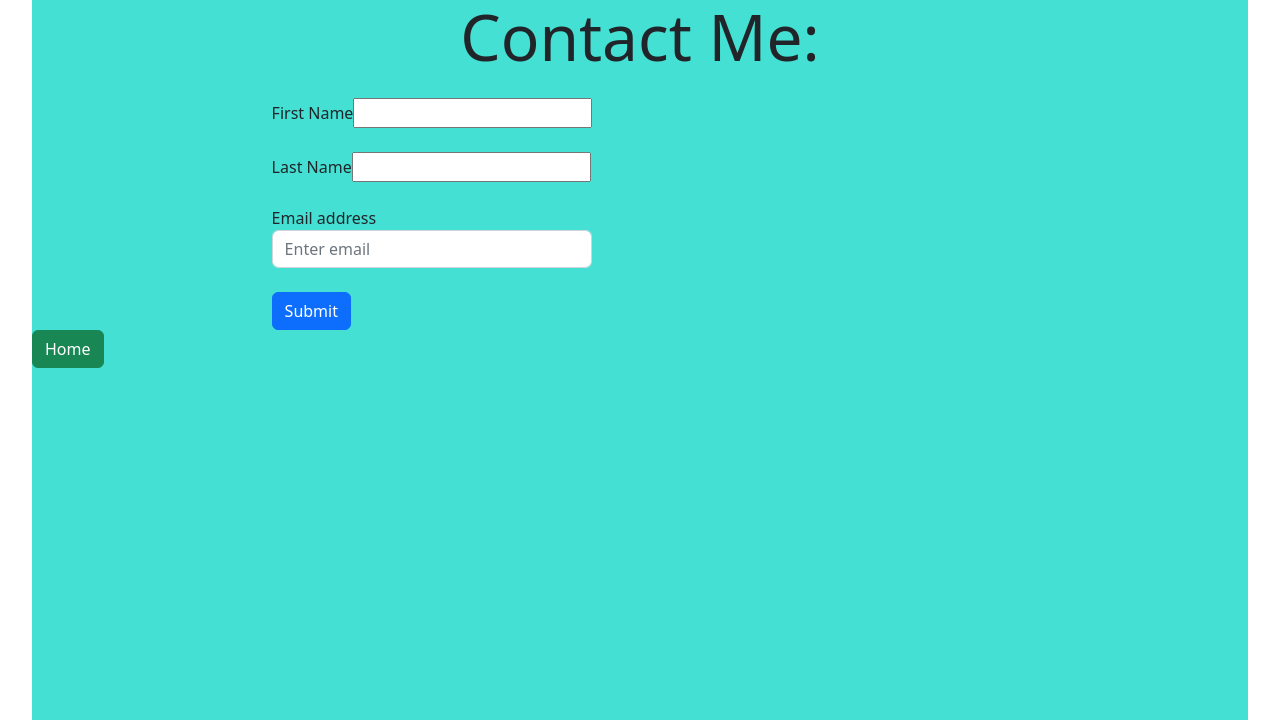
Repository: collegedude9300/zenstationnext
Page: /Contact
The author's editor kept a copy of each file at every save. The page is drawn from the files as they stood at one save, then again after the next save.
The browser window is 1280 px wide. The pictures show the whole page.
The project was rebuilt for these pictures with package versions that can differ from the ones it lists, and the page was loaded fresh each time. The framework's server and built-in components were replaced by stand-ins that run in the browser. Also part of the build but not shown: next.config.js.

Above is the page before, as saved 2023-04-12 13:30:38.

### pages/Contact.js

import Head from 'next/head'
import Image from 'next/image'
import styles from '../styles/Home.module.css'
import 'bootstrap/dist/css/bootstrap.css'
import Link from 'next/link'

export default function Contact() {
  const validateEmail = (email) => {
    const re = /^(([^<>()[\]\\.,;:\s@"]+(\.[^<>()[\]\\.,;:\s@"]+)*)|(".+"))@((\[[0-1]\d{1,2}\.[0-1]\d{1,2}\.[0-1]\d{1,2}\.[0-1]\d{1,2}\])|(([a-zA-Z\-0-9]+\.)+[a-zA-Z]{2,}))$/;
    return re.test(String(email).toLowerCase());
  }

  const validateFirstName = (firstName) => {
    const re = /^[a-zA-Z]+$/;
    return re.test(String(firstName).toLowerCase());
  }
  //check to see if your last name is valid
  const validateLastName = (lastName) => {
    const re = /^[a-zA-Z]+$/;
    return re.test(String(lastName).toLowerCase());
  }

//check to see if the email is valid
  const handleSubmit = (e) => {
    e.preventDefault();
    const email = document.getElementById("email").value;
    const firstName = document.getElementById("firstName").value;
    const lastName = document.getElementById("lastName").value;
    if (validateEmail(email) && validateFirstName(firstName) && validateLastName(lastName))
    {
      document.getElementById("email").value = "";
      document.getElementById("firstName").value = "";
      document.getElementById("lastName").value = "";
      alert("Form submitted successfully");
    }
    else if (!validateEmail(email)) {
      alert("Please enter a valid email address");
    }
    else if (!validateFirstName(firstName)) {
      alert("Please enter a valid first name");
    }
    else if (!validateLastName(lastName)) {
      alert("Please enter a valid last name");
    }
    else
    {
      alert("Form not submitted correctly, please fix your errors");
    }
  }
//check to see if the email is valid
  return (
    <div className={styles.container}>
      <Head>
        <title>Contact</title>
        <meta name="description" content="Generated by create next app" />
        <link rel="icon" href="/favicon.ico" />
      </Head>

      <main className={styles.pages}>
        <h1 className={styles.title}>
          Contact Me:
        </h1>
        <div className={styles.grid}>
            <form onSubmit={handleSubmit}>
            <br></br>
              <div className="form-group">
              <label htmlFor="firstName">First Name</label>
			<input type="text" name="firstName" id="firstName" placeholder=""/>
      <br></br>
      <br></br>
			<label htmlFor="lastName">Last Name</label>
			<input type="text" name="lastName" id="lastName" placeholder=""/>
      <br></br>
      <br></br>
                <label htmlFor="email">Email address</label>
                <input type="email" className="form-control" id="email" placeholder="Enter email"/>
                <br></br>
              </div>
              <button type="submit" className="btn btn-primary">Submit</button>
            </form>
        </div>
        <Link href="/">
        <a className="btn btn-success">Home</a>
        </Link>
      </main>
      </div>
  )}

### styles/Home.module.css
.container {
  padding: 0 2rem;
}
.pages{
  background-color: #43e0d3;
  min-height: 100vh;
}
.errorMessage {

  color: red;
  font-size: 20px ;

}
.quote {
  font-size: 35px;
  color: rgb(243, 14, 7);
}
.successMessage {

  color: green;
  font-size: 30px;
  display:none;
  margin-bottom:20px;
}

.main {
  min-height: 100vh;
  padding: 4rem 0;
  flex: 1;
  display: flex;
  flex-direction: column;
  justify-content: center;
  align-items: center;
}
.aboutBio {

  margin: 0;
  line-height: 1.15;
  font-size: 4rem;
  text-align: center;
}
.footer {
  display: flex;
  flex: 1;
  padding: 2rem 0;
  border-top: 1px solid #eaeaea;
  justify-content: center;
  align-items: center;
}

.footer a {
  display: flex;
  justify-content: center;
  align-items: center;
  flex-grow: 1;
}

.title a {
  color: #0070f3;
  text-decoration: none;
}

.title a:hover,
.title a:focus,
.title a:active {
  text-decoration: underline;
}

.title {
  margin: 0;
  line-height: 1.15;
  font-size: 4rem;
}

.title,
.description {
  text-align: center;
}

.description {
  margin: 4rem 0;
  line-height: 1.5;
  font-size: 1.5rem;
}

.code {
  background: #fafafa;
  border-radius: 5px;
  padding: 0.75rem;
  font-size: 1.1rem;
  font-family: Menlo, Monaco, Lucida Console, Liberation Mono, DejaVu Sans Mono,
    Bitstream Vera Sans Mono, Courier New, monospace;
}

.grid {
  display: flex;
  align-items: center;
  justify-content: center;
  flex-wrap: wrap;
  max-width: 800px;
}

.card {
  margin: 1rem;
  padding: 1.5rem;
  text-align: left;
  color: inherit;
  text-decoration: none;
  border: 1px solid #eaeaea;
  border-radius: 10px;
  transition: color 0.15s ease, border-color 0.15s ease;
  max-width: 300px;
}

.card:hover,
.card:focus,
.card:active {
  color: #0070f3;
  border-color: #0070f3;
}

.card h2 {
  margin: 0 0 1rem 0;
  font-size: 1.5rem;
}

.card p {
  margin: 0;
  font-size: 1.25rem;
  line-height: 1.5;
}

.logo {
  height: 1em;
  margin-left: 0.5rem;
}

@media (max-width: 600px) {
  .grid {
    width: 100%;
    flex-direction: column;
  }
}

@media (prefers-color-scheme: dark) {
  .card,
  .footer {
    border-color: #222;
  }
  .code {
    background: #111;
  }
  .logo img {
    filter: invert(1);
  }
}

Loaded but not shown: pages/_app.js (common file); styles/globals.css (common file)

After the next save:
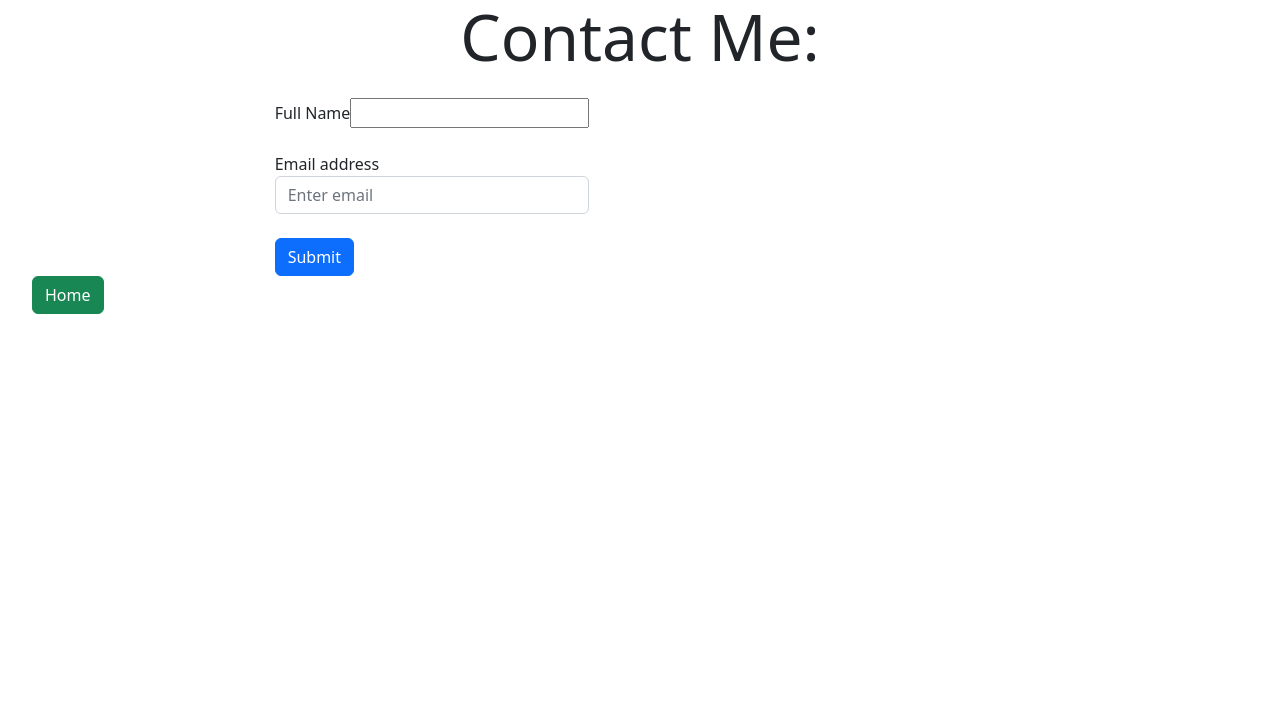
Saved 15 min 48 s later.
--- a/pages/Contact.js
+++ b/pages/Contact.js
@@ -1,47 +1,34 @@
-
 import Head from 'next/head'
 import Image from 'next/image'
 import styles from '../styles/Home.module.css'
 import 'bootstrap/dist/css/bootstrap.css'
-import Link from 'next/link'
-
-export default function Contact() {
+import Link from 'next/link';
+export default function Login() {
   const validateEmail = (email) => {
     const re = /^(([^<>()[\]\\.,;:\s@"]+(\.[^<>()[\]\\.,;:\s@"]+)*)|(".+"))@((\[[0-1]\d{1,2}\.[0-1]\d{1,2}\.[0-1]\d{1,2}\.[0-1]\d{1,2}\])|(([a-zA-Z\-0-9]+\.)+[a-zA-Z]{2,}))$/;
     return re.test(String(email).toLowerCase());
   }
-
-  const validateFirstName = (firstName) => {
-    const re = /^[a-zA-Z]+$/;
-    return re.test(String(firstName).toLowerCase());
+  const validateName = (name) => {
+    const re = /^[A-Z][a-z]+(\s|,)[A-Z][a-z]{1,19}$/;
+    return re.test(String(name));
   }
-  //check to see if your last name is valid
-  const validateLastName = (lastName) => {
-    const re = /^[a-zA-Z]+$/;
-    return re.test(String(lastName).toLowerCase());
-  }
-
 //check to see if the email is valid
   const handleSubmit = (e) => {
     e.preventDefault();
     const email = document.getElementById("email").value;
-    const firstName = document.getElementById("firstName").value;
-    const lastName = document.getElementById("lastName").value;
-    if (validateEmail(email) && validateFirstName(firstName) && validateLastName(lastName))
+    const name = document.getElementById("name").value;
+
+    if (validateEmail(email) && validateName(name))
     {
       document.getElementById("email").value = "";
-      document.getElementById("firstName").value = "";
-      document.getElementById("lastName").value = "";
+      document.getElementById("name").value = "";
       alert("Form submitted successfully");
     }
     else if (!validateEmail(email)) {
       alert("Please enter a valid email address");
     }
-    else if (!validateFirstName(firstName)) {
-      alert("Please enter a valid first name");
-    }
-    else if (!validateLastName(lastName)) {
-      alert("Please enter a valid last name");
+    else if (!validateName(name)) {
+      alert("Please enter a valid  name");
     }
     else
     {
@@ -54,10 +41,10 @@ export default function Contact() {
       <Head>
         <title>Contact</title>
         <meta name="description" content="Generated by create next app" />
-        <link rel="icon" href="/favicon.ico" />
+        <link rel="icon" href="/favicon.png" />
       </Head>
 
-      <main className={styles.pages}>
+      <main className={styles.login}>
         <h1 className={styles.title}>
           Contact Me:
         </h1>
@@ -65,12 +52,8 @@ export default function Contact() {
             <form onSubmit={handleSubmit}>
             <br></br>
               <div className="form-group">
-              <label htmlFor="firstName">First Name</label>
-			<input type="text" name="firstName" id="firstName" placeholder=""/>
-      <br></br>
-      <br></br>
-			<label htmlFor="lastName">Last Name</label>
-			<input type="text" name="lastName" id="lastName" placeholder=""/>
+              <label htmlFor="name">Full Name</label>
+			<input type="text" name="name" id="name" placeholder=""/>
       <br></br>
       <br></br>
                 <label htmlFor="email">Email address</label>
@@ -80,7 +63,7 @@ export default function Contact() {
               <button type="submit" className="btn btn-primary">Submit</button>
             </form>
         </div>
-        <Link href="/">
+        <Link legacyBehavior href="/">
         <a className="btn btn-success">Home</a>
         </Link>
       </main>
